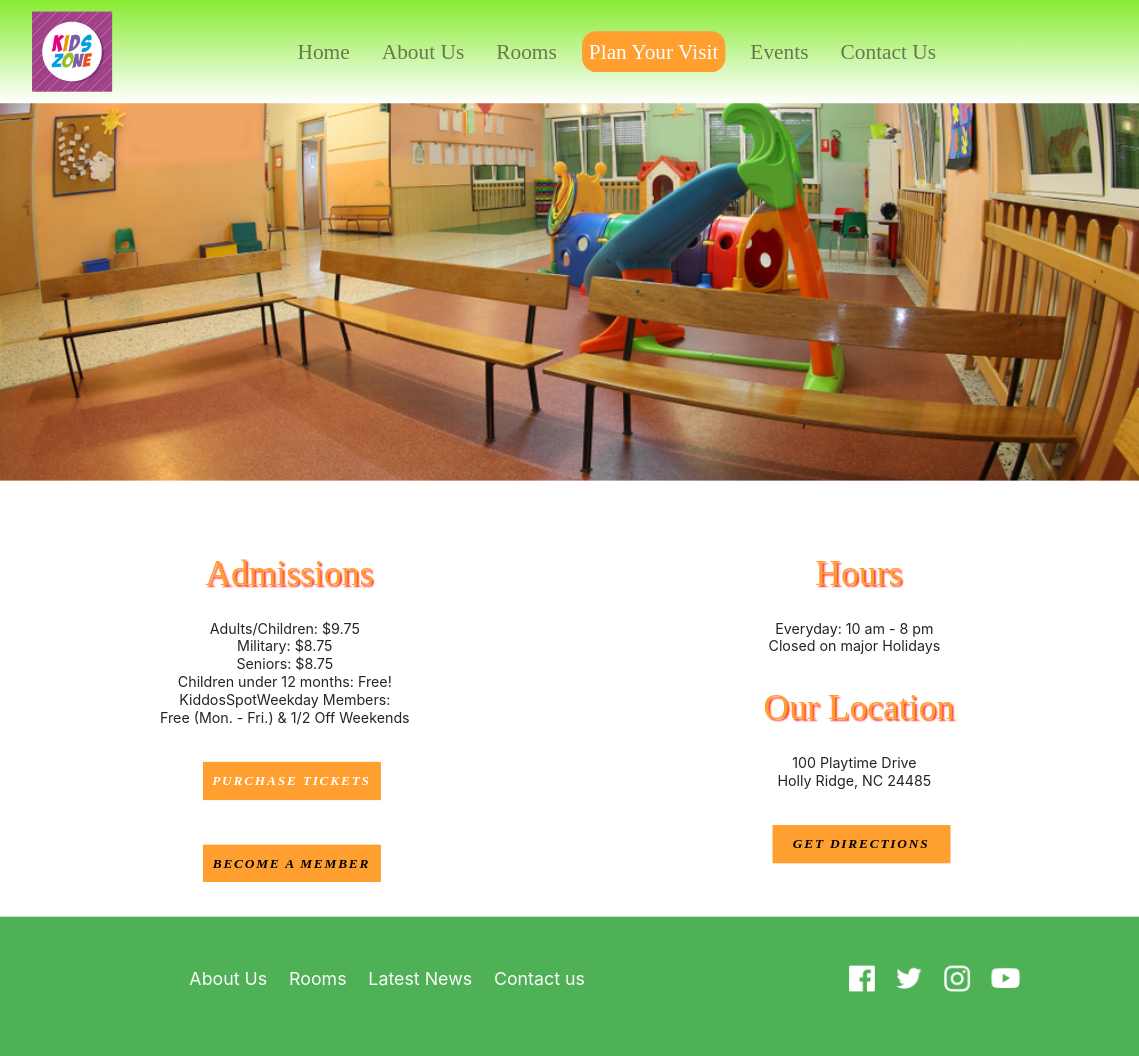
Repository: Code-Institute-Submissions/my-first-frontend-milestone-project
Page: planyourvisit.html
The author's editor kept a record of every edit. The page is drawn from the files as they stood at one moment, then again after the next edit.
The browser window is 1280 px wide. The pictures show the whole page, at 89% of full size.
The pointer rests on the first visible `.gettickets-btn`.
Some web fonts or font styles are not loaded; a fallback is used.

Above is the page before.

After the next edit:
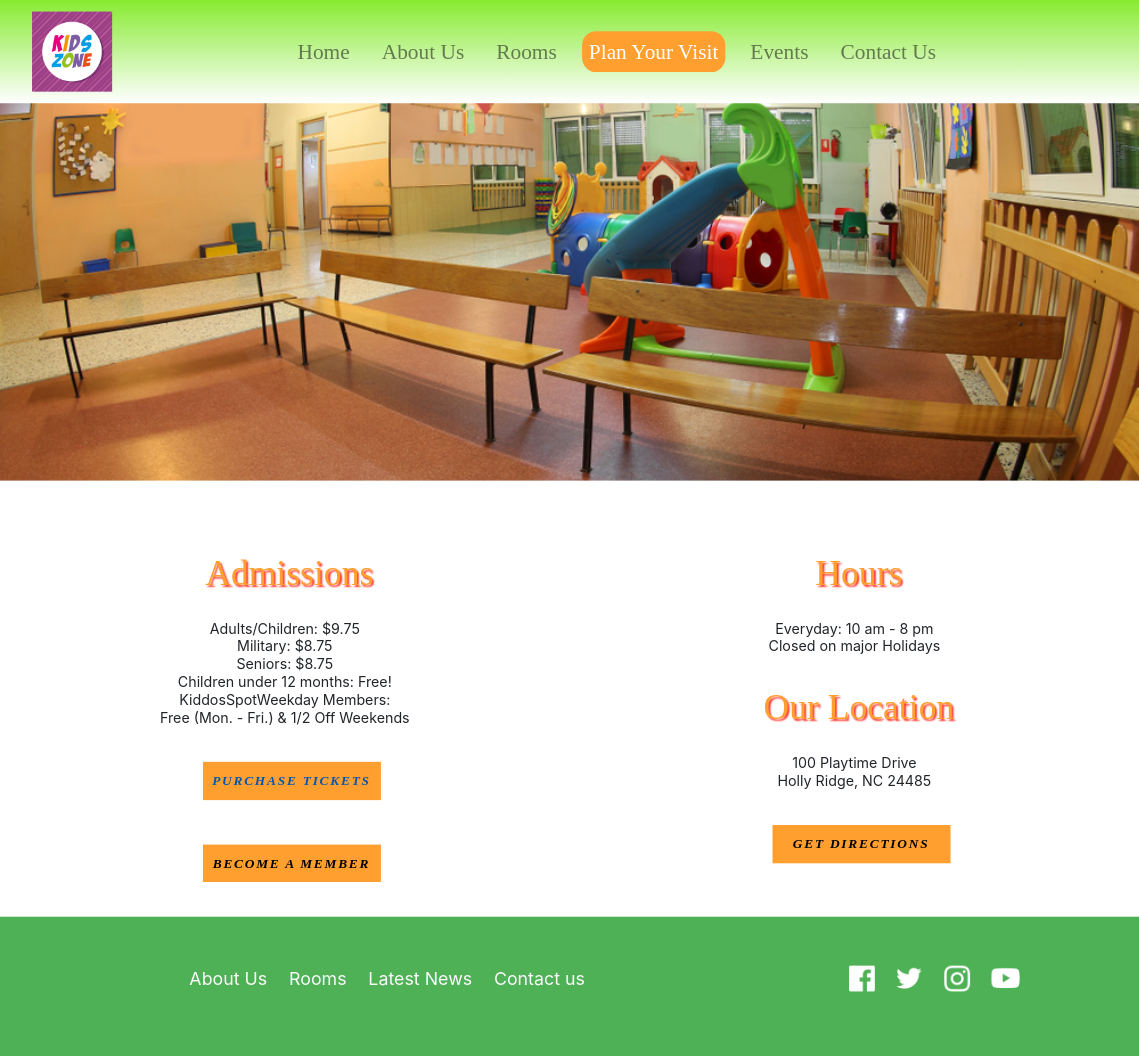
The edit:
--- a/css/style.css
+++ b/css/style.css
@@ -489,7 +489,7 @@
 
  .gettickets-btn:hover {
     background:#FF9F30;
-    color:white;
+    /*color:white;*/
     text-decoration: none;
 }
 
